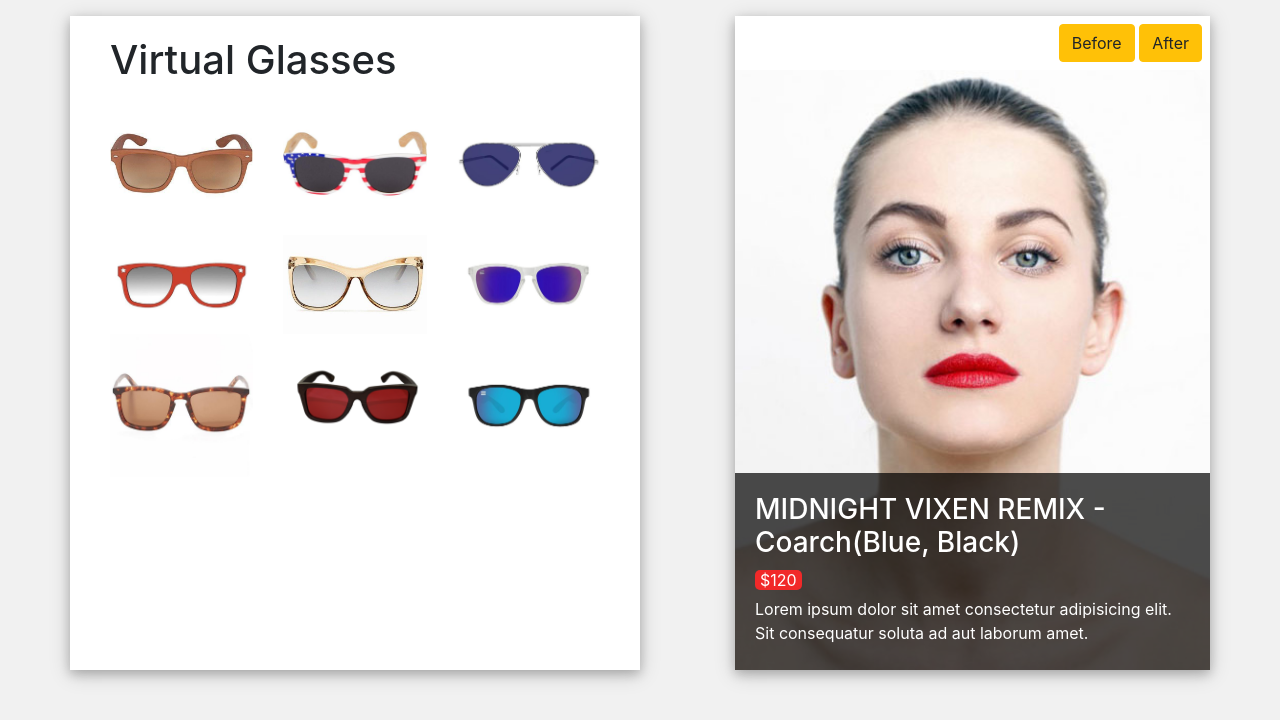
Repository: Khoi300399/BC35E_ES6_B2_MaThanhKhoi
Page: index.html
An editor plug-in stored every save of this project. The page is shown before and after the next save, followed by the edit.
The browser window is 1280 px wide. The pictures show the whole page.

Above is the page before, as saved 2022-10-21 23:45:39.

After the next save:
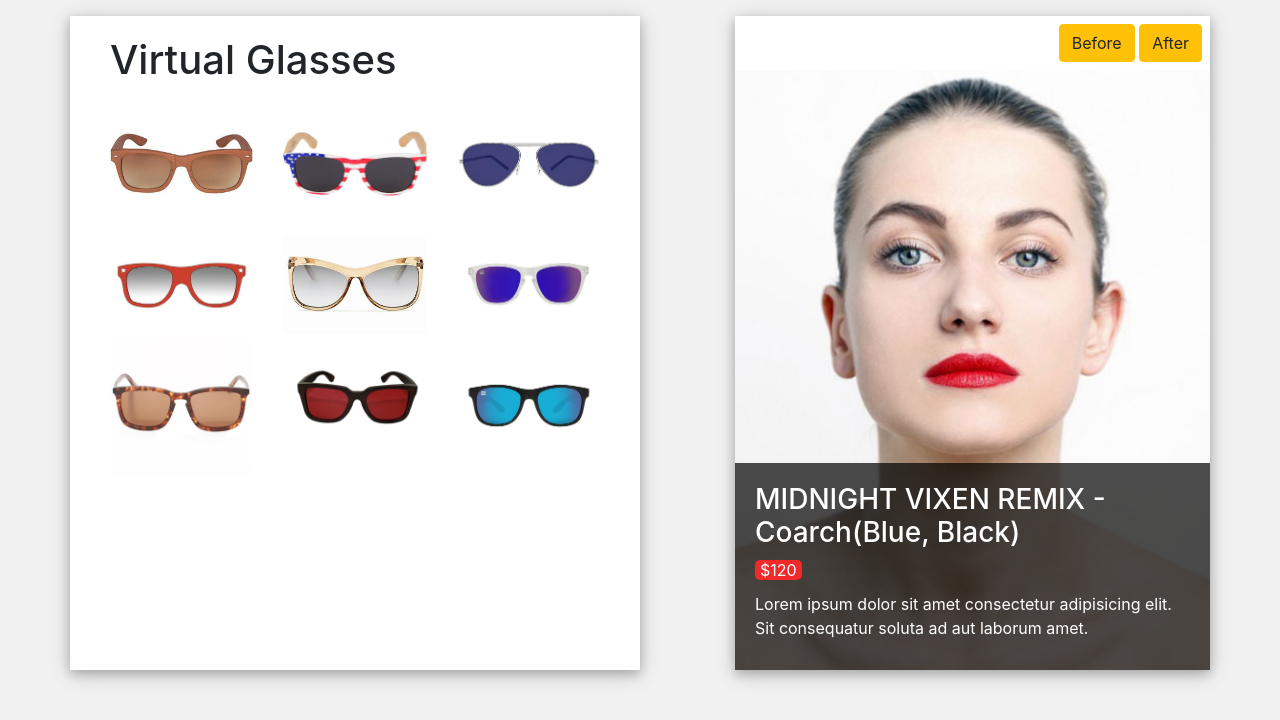
Saved 8 s later.
--- a/css/index.css
+++ b/css/index.css
@@ -72,7 +72,7 @@ body {
 }
 
 .vglasses__info p {
-  margin: 5px 0;
+  margin: 10px 0;
 }
 
 #glasses {
